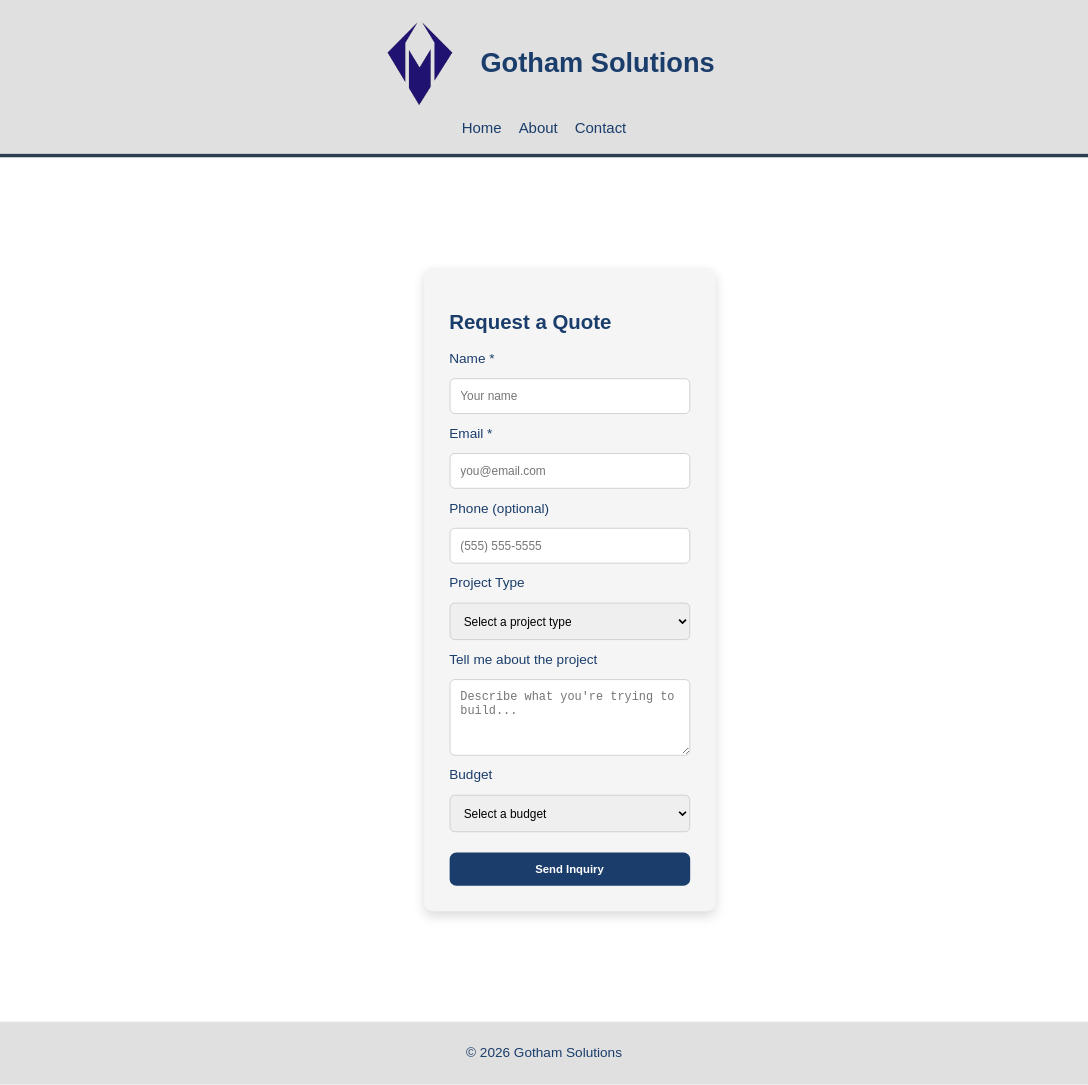
Repository: kmm569/gothamsolutions
Page: contact.html
The author's editor kept a copy of each file at every save. The page is drawn from the files as they stood at one save, then again after the next save.
The browser window is 1280 px wide. The pictures show the whole page, at 85% of full size.

Above is the page before, as saved 2026-03-06 13:27:37.

### contact.html
<!DOCTYPE html>
<html lang="en">

<head>

	<meta charset="UTF-8">
	<meta name="viewport" content="width=device-width, initial-scale=1.0">

	<title>Contact - Gotham Solutions</title>

	<link rel="stylesheet" href="styles.css">
<link rel="icon" href="./icons/favicon.ico">
</head>

<body>

<header>

	<div class="logo-container">
		<img src="LogoSolo.png" alt="Gotham Solutions Logo" class="logo">
		<h1>Gotham Solutions</h1>
	</div>

	<nav>
		<ul>
			<li><a href="index.html" class="nav-link">Home</a></li>
			<li><a href="about.html" class="nav-link">About</a></li>
			<li><a href="contact.html" class="nav-link">Contact</a></li>
		</ul>
	</nav>

</header>

<main>
<section class="contact-section">
<div class="form-card">

<h2>Request a Quote</h2>

<form id="contactForm">

	<label>Name *</label>
	<input
		type="text"
		name="name"
		required
		minlength="2"
		placeholder="Your name"
	>

	<label>Email *</label>
	<input
		type="email"
		name="email"
		required
		placeholder="you@email.com"
	>

	<label>Phone (optional)</label>
	<input
		type="tel"
		name="phone"
		pattern="[0-9+\-\(\)\s]{7,}"
		placeholder="(555) 555-5555"
	>

	<label>Project Type</label>
	<select name="projectType">

		<option value="">Select a project type</option>
		<option>Google Sheets Dashboard</option>
		<option>Spreadsheet Automation</option>
		<option>Workflow Tracker</option>
		<option>Data Cleanup / Organization</option>
		<option>Other</option>

	</select>

	<label>Tell me about the project</label>

	<textarea
		name="details"
		rows="4"
		placeholder="Describe what you're trying to build..."
	></textarea>

	<label>Budget</label>

	<select name="budget">

		<option value="">Select a budget</option>
		<option>Unsure</option>
		<option>Under $50</option>
		<option>$50 – $150</option>
		<option>$150 – $500</option>
		<option>$500+</option>

	</select>

	<input type="hidden" name="template" id="templateField">
	<input type="hidden" name="source" id="sourceField">

	<button type="submit" class="submit-button">
		Send Inquiry
	</button>

</form>

<div id="formMessage"></div>

</div>
</section>
</main>

<footer>
	<p>&copy; 2026 Gotham Solutions</p>
</footer>

<script>

const scriptURL = "https://script.google.com/macros/s/AKfycbxc9_hlQCGvBhvR8CTxNIYGdBt7pfNBy3m51jCEInJPqs_rvo7NSJcQvLVQ2DQR7OGX/exec";

const form = document.getElementById("contactForm");
const templateField = document.getElementById("templateField");
const sourceField = document.getElementById("sourceField");
const messageBox = document.getElementById("formMessage");

const params = new URLSearchParams(window.location.search);

const storedTemplate = sessionStorage.getItem("template");
const storedSource = sessionStorage.getItem("source");

if (params.has("template")) {
	templateField.value = params.get("template");
	sessionStorage.setItem("template", params.get("template"));
} else if (storedTemplate) {
	templateField.value = storedTemplate;
}

if (params.has("source")) {
	sourceField.value = params.get("source");
	sessionStorage.setItem("source", params.get("source"));
} else if (storedSource) {
	sourceField.value = storedSource;
} else {
	sourceField.value = "Website";
}

let submitting = false;

form.addEventListener("submit", function(e){

	if(submitting){
		return;
	}

	submitting = true;

	e.preventDefault();

	const submitBtn = form.querySelector("button");
	submitBtn.disabled = true;
	submitBtn.textContent = "Sending...";

	const formData = new FormData(form);
	const data = Object.fromEntries(formData.entries());

	e.preventDefault();

	fetch(scriptURL, {
		method: "POST",
		mode: "no-cors",
		body: formData
	})
	.then(() => {

	setTimeout(()=>{
		submitting = false;
		submitBtn.disabled = false;
		submitBtn.textContent = "Send Inquiry";
	},60000);

	form.style.display = "none";

		messageBox.style.display = "block";
		messageBox.innerHTML =
			"<strong>Thanks! Your inquiry has been sent.</strong><br>I usually respond within 24 hours.";

	})
	.catch(err => {

		console.error(err);

		messageBox.style.display = "block";
		messageBox.innerHTML =
			"Something went wrong. Please try again.";

	});

});

</script>

</body>
</html>

### styles.css
body{
	background:#ffffff;
	color:#1A3D6B;
	font-family:Arial, sans-serif;
	margin:0;
	padding:0;
	display:flex;
	flex-direction:column;
	min-height:100vh;
}

header{
	background:#E0E0E0;
	padding:20px;
	border-bottom:4px solid #2C3E50;
	display:flex;
	flex-direction:column;
	align-items:center;
}

.logo-container{
	display:flex;
	align-items:center;
	gap:16px;
	margin-bottom:10px;
}

.logo{
	width:110px;
}

nav ul{
	list-style:none;
	display:flex;
	gap:20px;
	padding:0;
	margin:0;
}

.nav-link{
	text-decoration:none;
	color:#1A3D6B;
	font-size:1.1em;
}

.nav-link:hover{
	color:#16A085;
}

main{
	flex:1;
	padding:30px 20px;
	max-width:1100px;
	margin:0 auto;
	width:100%;

	display:flex;
	justify-content:center;
}


/* HERO */

.hero{
	text-align:center;
	margin-bottom:50px;
}

.hero h2{
	font-size:2em;
	margin-bottom:15px;
}

.hero-text{
	max-width:650px;
	margin:auto;
	font-size:1.1em;
	line-height:1.5;
}

.hero-buttons{
	margin-top:20px;
	display:flex;
	gap:15px;
	justify-content:center;
	flex-wrap:wrap;
}


/* BUTTONS */

.button-primary{
	background:#1A3D6B;
	color:white;
	padding:12px 24px;
	border-radius:8px;
	text-decoration:none;
	font-weight:bold;
}

.button-secondary{
	background:#16A085;
	color:white;
	padding:12px 24px;
	border-radius:8px;
	text-decoration:none;
	font-weight:bold;
}


/* SERVICES */

.services{
	margin-bottom:50px;
}

.services h2{
	text-align:center;
	margin-bottom:25px;
}

.service-grid{
	display:grid;
	grid-template-columns:repeat(auto-fit,minmax(220px,1fr));
	gap:20px;
}

.service-card{
	background:#F5F5F5;
	padding:20px;
	border-radius:10px;
	box-shadow:0 4px 10px rgba(0,0,0,0.1);
}


/* PROCESS */

.process{
	margin-bottom:20px;
}

.process h2{
	text-align:center;
	margin-bottom:25px;
}

.process-grid{
	display:grid;
	grid-template-columns:repeat(auto-fit,minmax(220px,1fr));
	gap:20px;
}

.process-step{
	background:#F5F5F5;
	padding:20px;
	border-radius:10px;
	box-shadow:0 4px 10px rgba(0,0,0,0.1);
}


/* CTA */

.cta{
	text-align:center;
	background:#F5F5F5;
	padding:30px;
	border-radius:10px;
	max-width:700px;
	margin:0 auto;
}


.cta p{
	max-width:600px;
	margin:10px auto 20px auto;
}




/* FORM */

.contact-section{
	max-width:900px;
	margin:60px auto;
	padding:0 20px;
}

.form-card{
	background:#F5F5F5;
	padding:30px;
	border-radius:10px;
	box-shadow:0 6px 14px rgba(0,0,0,0.15);

	max-width:1000px;
	width:100%;

	margin:40px auto;
}

.form-card form{
	width:100%;
}

form{
	display:flex;
	flex-direction:column;
	gap:14px;
}

input,
select,
textarea{
	width:100%;
	padding:14px;
	font-size:15px;
}

.submit-button{
	margin-top:10px;
	padding:12px;
	border:none;
	background:#1A3D6B;
	color:white;
	font-weight:bold;
	border-radius:8px;
	cursor:pointer;
}

.submit-button:hover{
	background:#163457;
}

input,
select,
textarea{
	width:100%;
	padding:12px;
	border-radius:6px;
	border:1px solid #ccc;
	font-size:14px;
	box-sizing:border-box;
}

/* WHY SECTION */

.why-section{
	margin-top:50px;
	background:#F5F5F5;
	padding:30px;
	border-radius:10px;
	box-shadow:0 4px 10px rgba(0,0,0,0.1);
}

.why-section h2{
	text-align:center;
	margin-bottom:10px;
}

.why-section > p{
	text-align:center;
	max-width:650px;
	margin:0 auto 25px auto;
}

footer{
	background:#E0E0E0;
	padding:12px;
	text-align:center;
}

/* WHY GOTHAM SOLUTIONS LIST */

.about-points{
	list-style:none;
	padding:0;
	margin-top:20px;

	display:flex;
	flex-direction:column;
	gap:18px;
}

.about-points li{
	position:relative;
	padding-left:34px;
	line-height:1.5;
}

.about-points li::before{
	content:"";

	position:absolute;
	left:0;
	top:3px;

	width:16px;
	height:16px;

	background-color:#2C3E50;

	mask:url("/icons/target.svg") no-repeat center;
	mask-size:contain;

	-webkit-mask:url("/icons/target.svg") no-repeat center;
	-webkit-mask-size:contain;
}

After the next save:
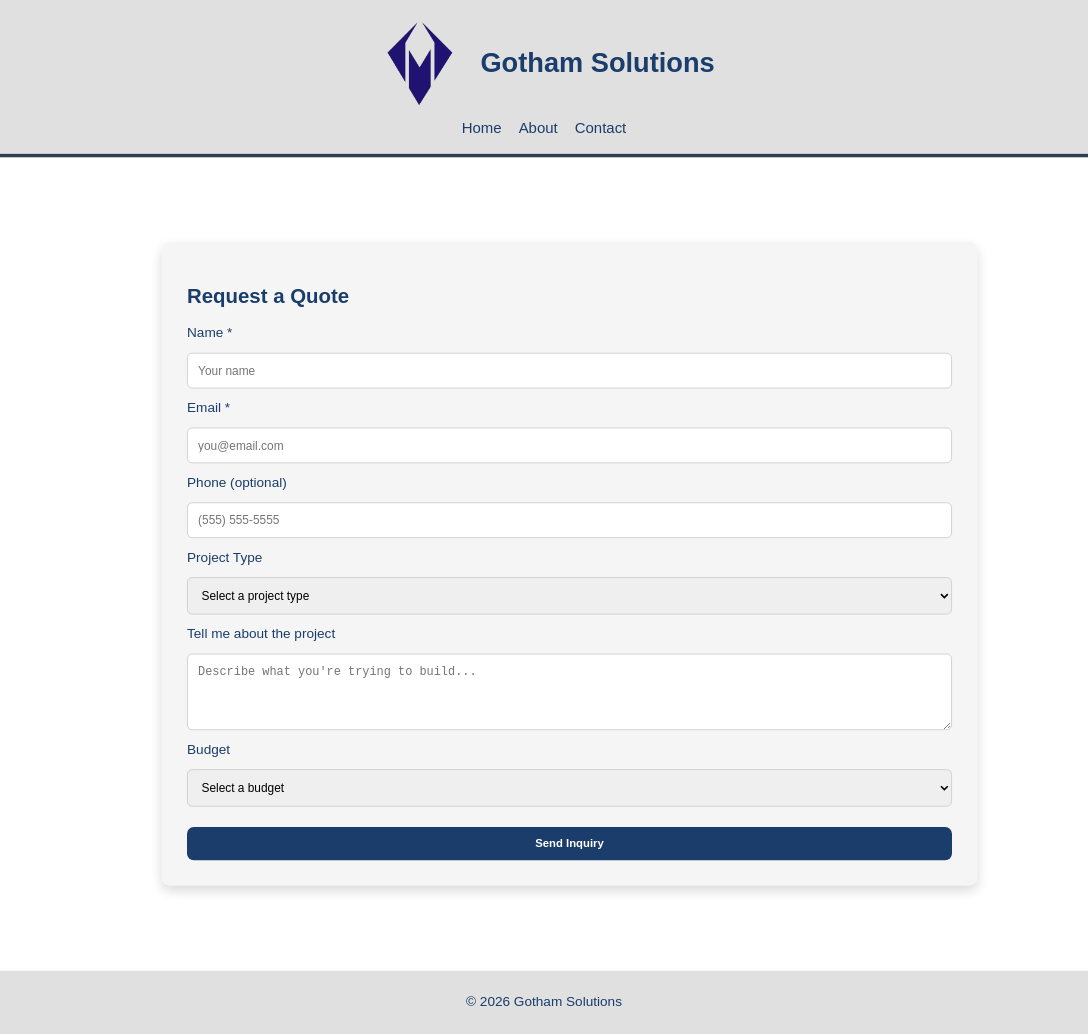
Saved 79 s later.
--- a/styles.css
+++ b/styles.css
@@ -49,13 +49,10 @@ nav ul{
 
 main{
 	flex:1;
-	padding:30px 20px;
+	padding:40px 20px;
+	width:100%;
 	max-width:1100px;
 	margin:0 auto;
-	width:100%;
-
-	display:flex;
-	justify-content:center;
 }
 
 
